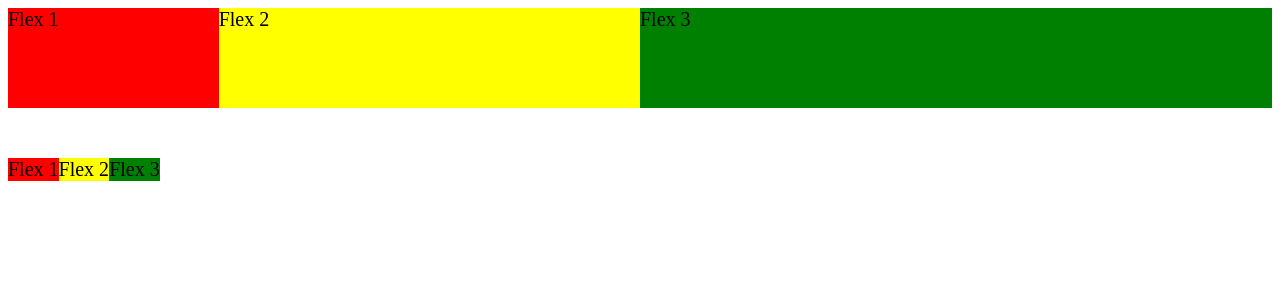
Repository: Kubraaygun/Html_Css_Login
Page: index.html
These files come from the project's save history. The page is drawn as it stood at one moment and after the next save; the edit follows.
The browser window is 1280 px wide. The pictures show the whole page.

Above is the page before, as saved 2025-03-04 19:59:19.

After the next save:
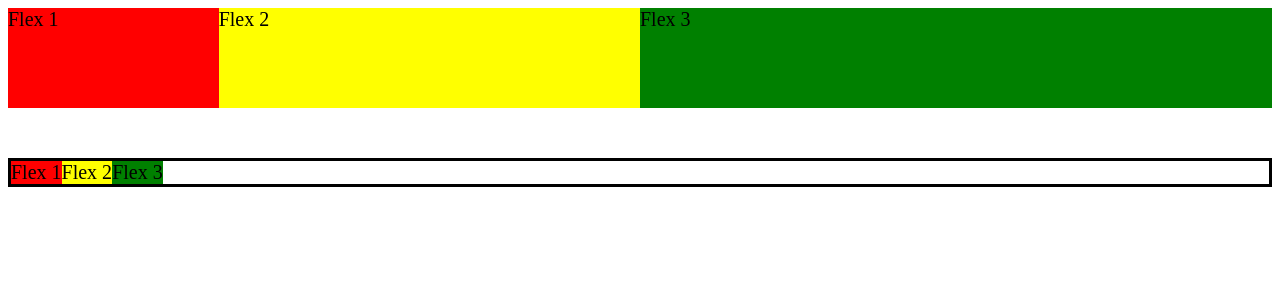
Saved 13 s later.
--- a/index.html
+++ b/index.html
@@ -14,7 +14,10 @@
       <div style="background-color: green; flex: 3">Flex 3</div>
     </div>
 
-    <div class="contaien" style="display: flex; margin-top: 50px">
+    <div
+      class="contaien"
+      style="display: flex; margin-top: 50px; border: 3px solid black"
+    >
       <div style="background-color: red">Flex 1</div>
       <div style="background-color: yellow">Flex 2</div>
       <div style="background-color: green">Flex 3</div>
